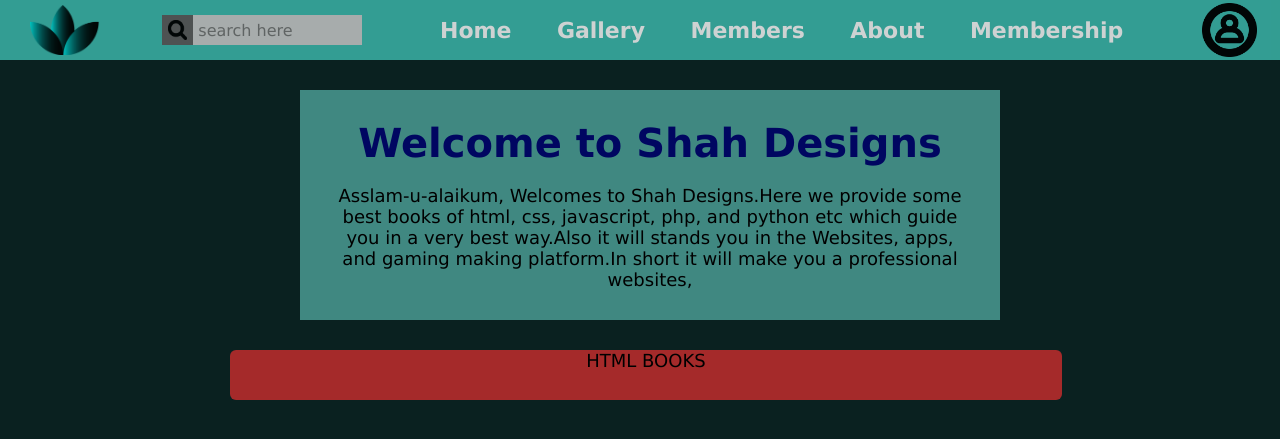
Repository: RawahaMR11/my_assignments
Page: rawaha computer/Shah Designs web/Shah home page.html
These files come from the project's save history. The page is drawn as it stood at one moment and after the next save; the edit follows.
The browser window is 1280 px wide. The pictures show the whole page.

Above is the page before, as saved 2024-12-13 08:22:15.

### rawaha computer/Shah Designs web/Shah home page.html
<!DOCTYPE html>
<html lang="en">
<head>
      <meta charset="UTF-8">
      <meta name="viewport" content="width=device-width, initial-scale=1.0">
      <title>Shah Designs</title>
      <link rel="stylesheet" href="Shah home page.css">
</head>
<body>
<div class="my-display">
      <header>
            <div class="logo">
                  <img src="logo.png" alt="Shah Designs logo">
            </div><!--end logo-->
            <div class="search">
                  <img src="search.png" alt="Search-icon">
                  <input type="text" placeholder="search here">
            </div><!--end search-->
            <div class="home">
                  <a href="Shah home page.html">Home</a>
            </div><!--end home-->
            <div class="gallery">
                  <a href="#">Gallery</a>
            </div><!--end gallery-->
            <div class="members">
                  <a href="#">Members</a>
            </div><!--end members -->
            <div class="about">
                  <a href="#">About</a>
            </div><!--end about-->
            <div class="membership">
                  <a href="#">Membership</a>
            </div>
            <div class="login">
                  <img src="sign in.png" alt="Login">
            </div><!--end login-->
      </header>


      <div class="wrapper">
            <div id="welcome">
                  <h1>Welcome to Shah Designs</h1><br>
                  <p>Asslam-u-alaikum, Welcomes to Shah Designs.Here we provide some best books of html, css, javascript, php, and python etc which guide you in a very best way.Also it will stands you in the Websites, apps, and gaming making platform.In short it will make you a professional websites, </p>
            </div><!--end welcome-->
      </div><!--end wrapper-->


      <div class="html-books">
            <p>HTML BOOKS</p>
      </div>
</div>
</body>
</html>

### rawaha computer/Shah Designs web/Shah home page.css
* {
      margin: 0;
      padding: 0;
}
body {
      display: block;
      font-size: 14px;
      background-color: rgb(10, 33, 32);
}
.my-display {
      width: 80%;
      margin: 0 auto;
      height: 100%;
      width: 100%;
}
/* css for opening my page on tablets (screens with width <=768px) */
@media screen and (max-width: 768px) {
      body {
            font-size: 16px;
      }
      .my-display {
            width: 100%;
      }
}
/* css for opening my page on laptops,pcs etc (screens with width <=1080px) */
@media screen and (max-width: 1080px) {
      body {
            font-size: 14px;
      }
      .my-display {
            width: 100%;
      }
}
/* css for opening my page on phones (screens with width <=480px) */
@media screen and (max-width: 480px) {
      body {
            font-size: 10px;
      }
      .my-display {
            width: 100%;
      }
}
header {
      width: 100%;
      height: 60px;
      display: flex;
      align-items: center;
      background-color: rgb(62, 188, 176);
      opacity: 80%;
      gap: 31.5px;
}
.logo {
      height: 83%;
      width: 70px;
      margin: 0 30px 0;
}
.logo img {
      height: 100%;
      width: 100%;
}
.search {
      width: 200px;
      height: 30px;
      background-color: rgb(95, 95, 95);
      display: flex;
      align-items: center;
      justify-content: space-evenly;
}
.search img {
      width: 10%;
      height: 65%;
      padding: 6px;
}
.search input {
      width: 90%;
      padding: 5.34px;
      border: none;
      outline: none;
      background-color: rgb(207, 207, 207);
      font-family: Verdana, Geneva, Tahoma, sans-serif;
      font-size: 16px;
}
.home {
      font-family: Verdana, Geneva, Tahoma, sans-serif;
      font-size: 22px;
      margin-left: 40px;
      padding: 7px;
}
.home:hover {
      background-color: rgb(161, 161, 161);
}
.home a {
      text-decoration: none;
      font-weight: 700;
      color: white;
}
.gallery {
      font-family: Verdana, Geneva, Tahoma, sans-serif;
      font-size: 22px;
      padding: 7px;
}
.gallery:hover {
      background-color: rgb(161, 161, 161);
}
.gallery a {
      text-decoration: none;
      font-weight: 700;
      color: white;
}
.members {
      font-family: Verdana, Geneva, Tahoma, sans-serif;
      font-size: 22px;
      padding: 7px;
}
.members:hover {
      background-color: rgb(161, 161, 161);
}
.members a {
      text-decoration: none;
      font-weight: 700;
      color: white;
}
.about {
      font-family: Verdana, Geneva, Tahoma, sans-serif;
      font-size: 22px;
      padding: 7px;
}
.about:hover {
      background-color: rgb(161, 161, 161);
}
.about a {
      text-decoration: none;
      font-weight: 700;
      color: white;
}
.membership {
      font-family: Verdana, Geneva, Tahoma, sans-serif;
      font-size: 22px;
      padding: 7px;
}
.membership:hover {
      background-color: rgb(161, 161, 161);
}
.membership a {
      text-decoration: none;
      font-weight: 700;
      color: white;
}
.login {
      height: 90%;
      width: 55px;
      float: right;
      margin-left: 40px;
}
.login img {
      height: 100%;
      width: 100%;
      cursor: pointer;
}
.wrapper {
      width: 50%;
      height: auto;
      display: flex;
      align-items: center;
      justify-content: center;
      margin-top: 30px;
      background-color: rgb(64, 136, 129);
      padding: 30px;
      margin-left: 300px;
}
#welcome {
      width: 100%;
      font-family: Verdana, Geneva, Tahoma, sans-serif;
      font-size: 16px;
}
#welcome h1 {
      text-align: center;
      color: rgb(0, 6, 97);
      font-size: 40px;
}
#welcome p {
      text-align: center;
      font-size: 18px;
      font-family: Verdana, Geneva, Tahoma, sans-serif;
}
.html-books {
      height: 50px;
      width: 65%;
      background-color: brown;
      margin: 30px 230px 0;
      border-radius: 6px;
}
.html-books p {
      text-align: center;
      font-family: Verdana, Geneva, Tahoma, sans-serif;
      font-size: large;
}

After the next save:
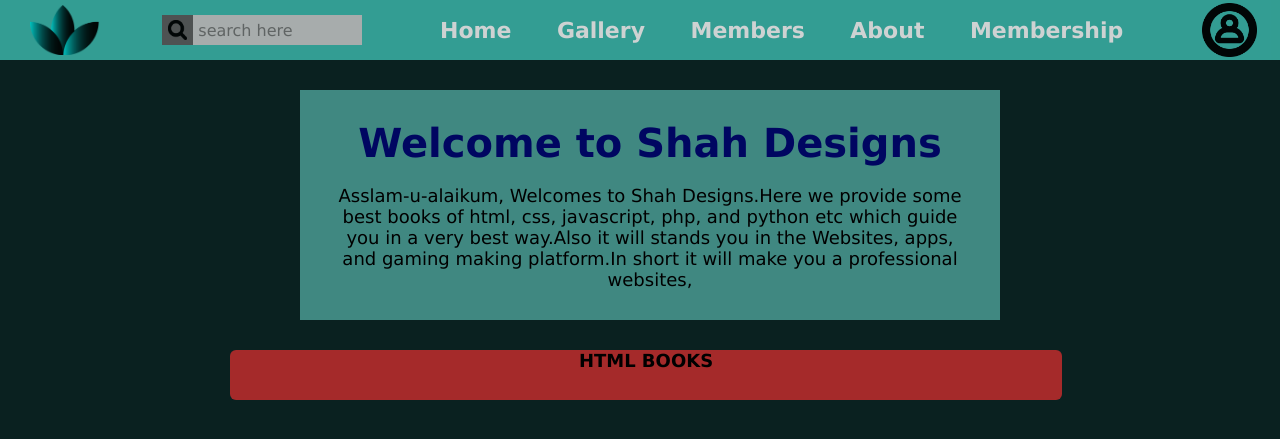
Saved 31 s later.
--- a/rawaha computer/Shah Designs web/Shah home page.css
+++ b/rawaha computer/Shah Designs web/Shah home page.css
@@ -193,5 +193,6 @@ header {
 .html-books p {
       text-align: center;
       font-family: Verdana, Geneva, Tahoma, sans-serif;
-      font-size: large;
+      font-size: 18px;
+      font-weight: 700;
 }
